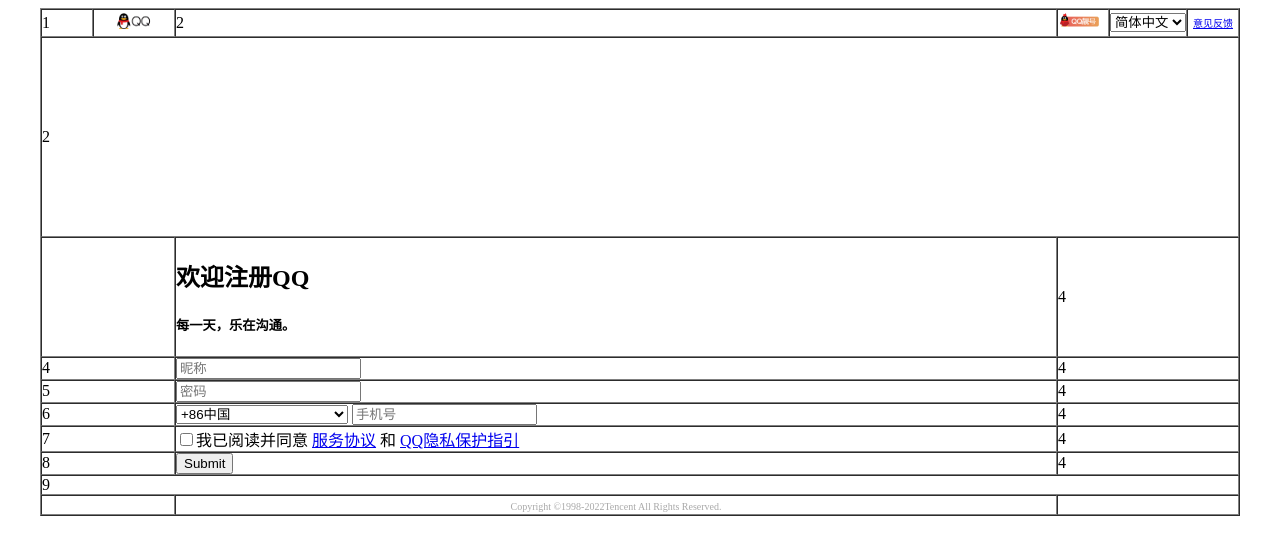
Repository: l897284707/0913
Page: qq注册界面.html
The author's editor kept a copy of each file at every save. The page is drawn from the files as they stood at one save, then again after the next save.
The browser window is 1280 px wide. The pictures show the whole page.

Above is the page before, as saved 2022-09-13 21:02:10.

After the next save:
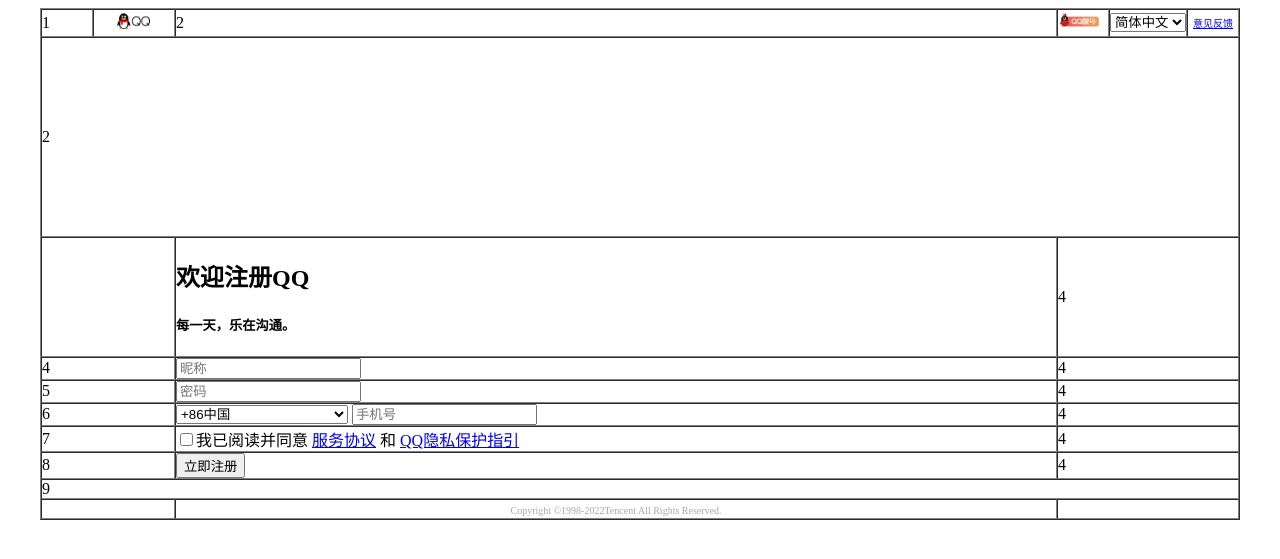
Saved 15 s later.
--- a/qq注册界面.html
+++ b/qq注册界面.html
@@ -87,7 +87,7 @@
         <tr>
             <td colspan="3">8</td>
             <td>
-                <input type="submit">
+                <input type="submit" value="立即注册">
             </td>
             <td colspan="4">4</td>
 
